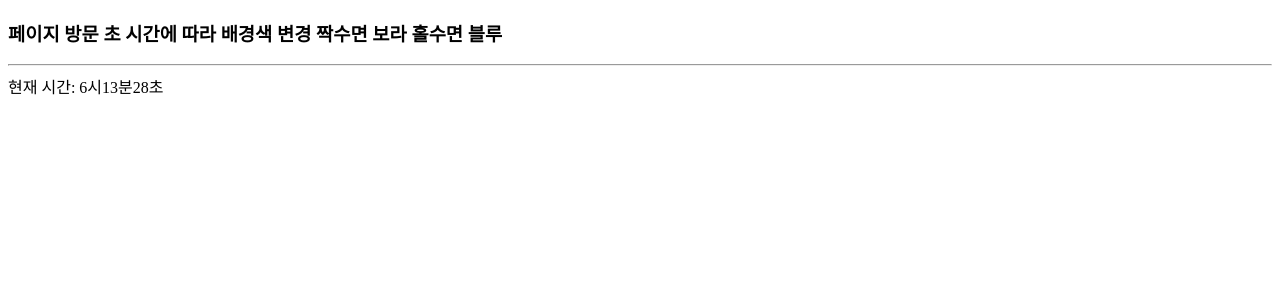
Repository: luna2222/web
Page: 02.JavaScript/WebContent/chap2/02_06.html
The author's editor kept a copy of each file at every save. The page is drawn from the files as they stood at one save, then again after the next save.
The browser window is 1280 px wide. The pictures show the whole page.

Above is the page before, as saved 2019-02-22 11:27:24.

### 02.JavaScript/WebContent/chap2/02_06.html
<!DOCTYPE html>
<html>
<head>
<meta charset="UTF-8">
<title>방문 시간애 따라 변하는 배경색</title>
</head>
<body>
	<h3> 페이지 방문 초 시간에 따라 배경색 변경 짝수면 보라 홀수면 블루</h3>
	<hr>
	<script>
		 var current =new Date(); //현재시간능 가진 date객체를 생성
		 if(current.getSeconds()%2==0)
			 document.body.style.backgroudColor="violet";
		 else
			 document.body.style.backgroundColor="lightskyblue";
		 document.write("현재 시간: ");
		 document.write(current.getHours(),"시");
		 document.write(current.getMinutes(),"분");
		 document.write(current.getSeconds(), "초<br>");

	</script>

</html>

After the next save:
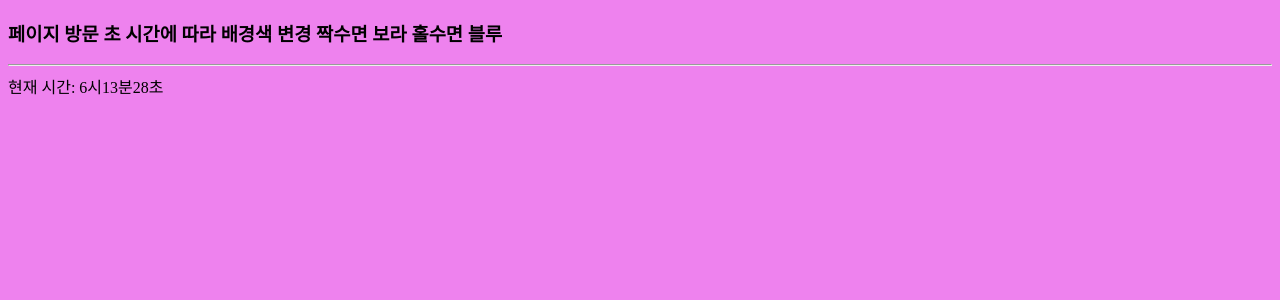
Saved 16 min 28 s later.
--- a/02.JavaScript/WebContent/chap2/02_06.html
+++ b/02.JavaScript/WebContent/chap2/02_06.html
@@ -10,7 +10,7 @@
 	<script>
 		 var current =new Date(); //현재시간능 가진 date객체를 생성
 		 if(current.getSeconds()%2==0)
-			 document.body.style.backgroudColor="violet";
+			 document.body.style.backgroundColor="violet";
 		 else
 			 document.body.style.backgroundColor="lightskyblue";
 		 document.write("현재 시간: ");
